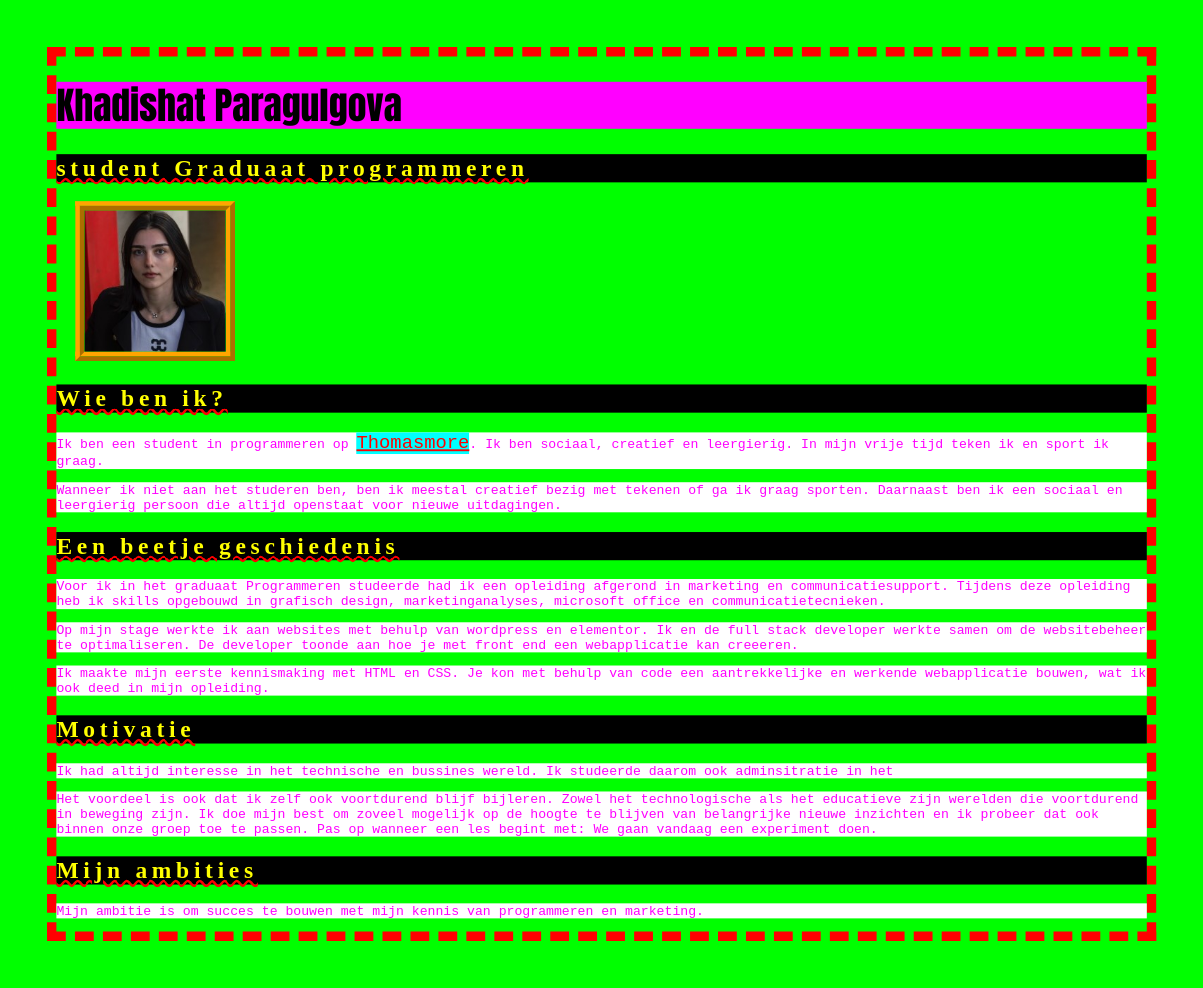
Repository: khadishat00/portfolio
Page: index1.html
An editor plug-in stored every save of this project. The page is shown before and after a run of saves, followed by the edit.
The browser window is 1280 px wide. The pictures show the whole page, at 94% of full size.

Above is the page before, as saved 2026-09-24 16:22:38.

After the next 2 saves:
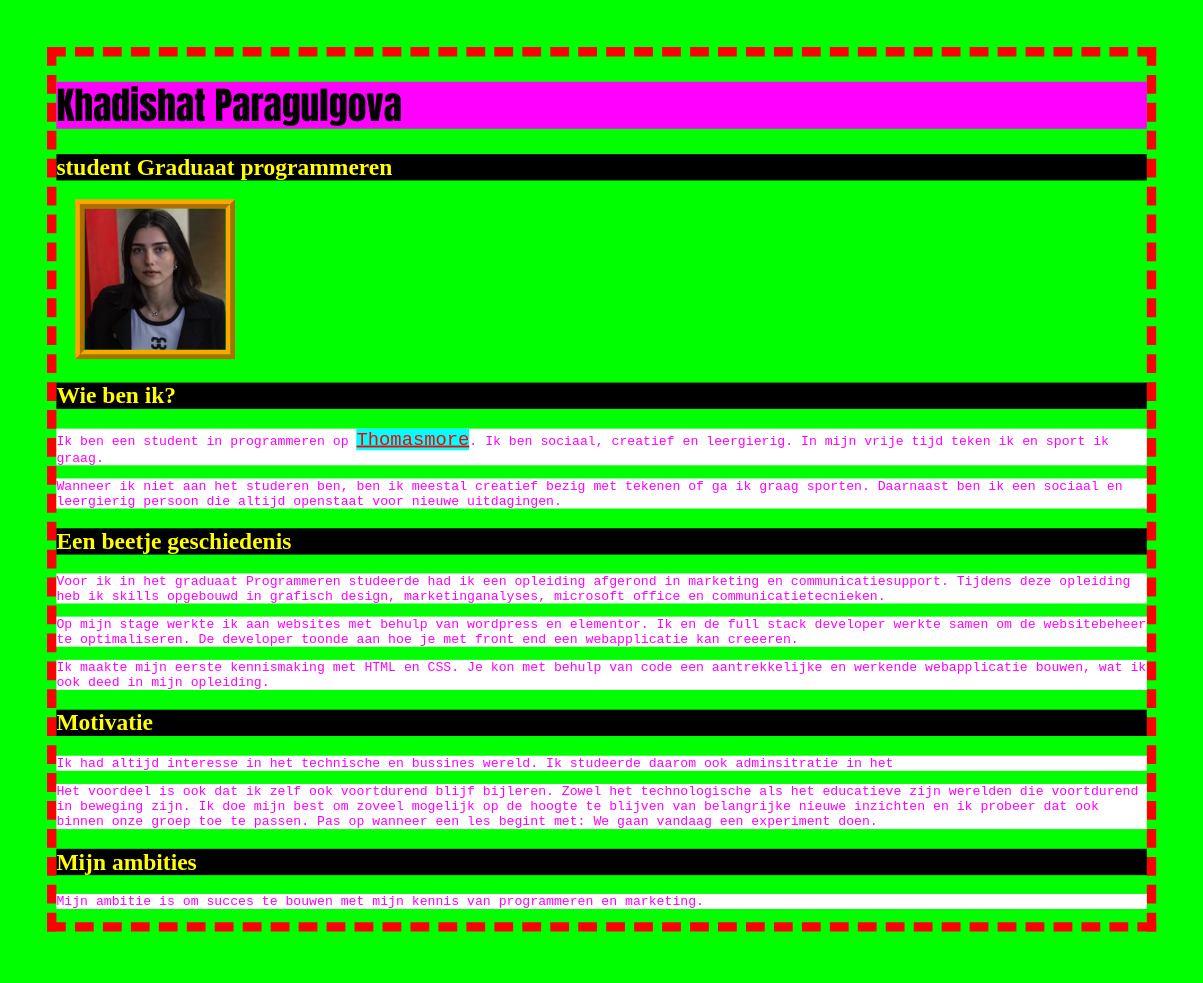
The 2 saves are shown as one change because they came seconds apart.
The last was saved 12 s later.
--- a/index1.html
+++ b/index1.html
@@ -28,9 +28,6 @@
       background-color: black;
       font-weight: bold;
       font-size: 25px;
-      line-height: 30px;
-      text-decoration: underline wavy red;
-      letter-spacing: 5px;
     }
     p {
       font-family: "Courier New", monospace;
